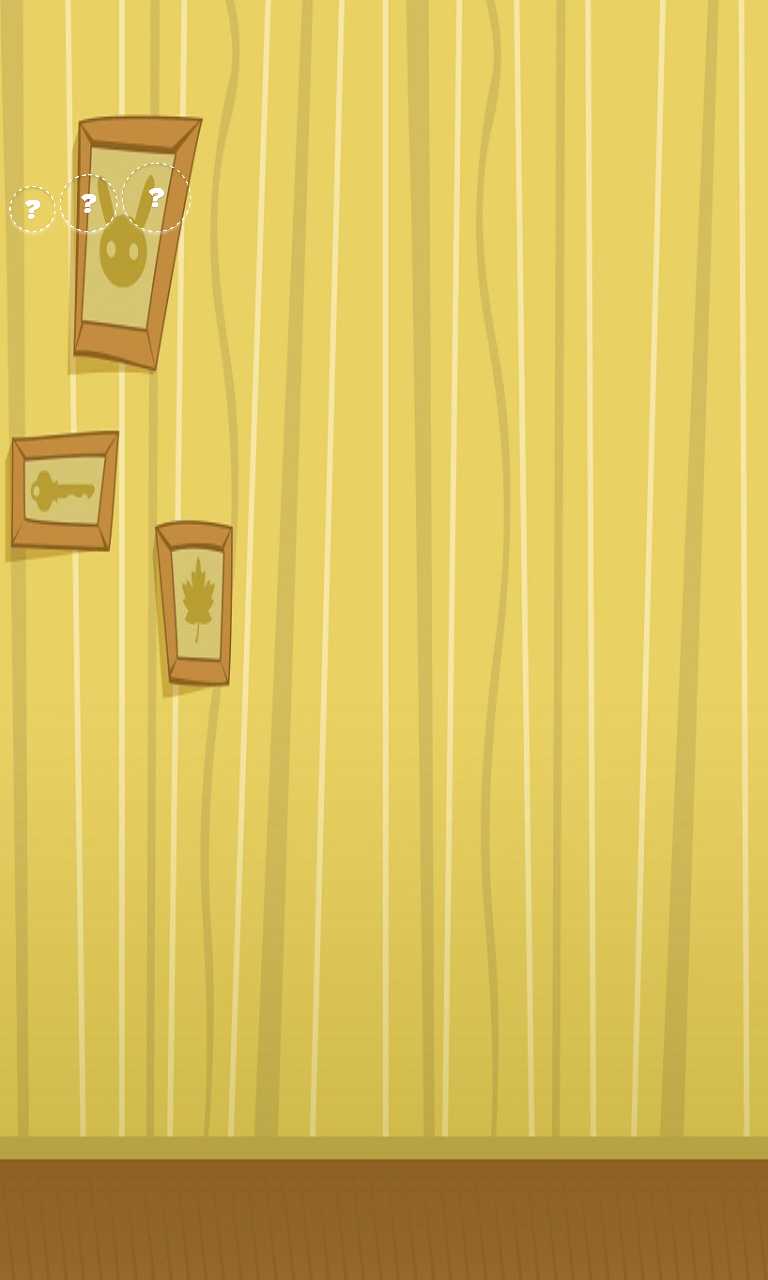
Repository: DimaPetrov/android
Layout: newapp/res/layout/puzzleback.xml
These files come from the project's save history. The layout is drawn as it stood at one moment and after the next save; the edit follows.
It is drawn on a 768 x 1280 px phone screen (xhdpi) without system bars, with theme AppTheme; the app's code is not run.

Above is the layout before, as saved 2012-10-24 08:29:14.

### newapp/res/layout/puzzleback.xml
<RelativeLayout xmlns:android="http://schemas.android.com/apk/res/android"
    xmlns:tools="http://schemas.android.com/tools"
    android:id="@+id/Rlay2"
    android:layout_width="match_parent"
    android:layout_height="match_parent" >

    <RelativeLayout
        android:layout_width="match_parent"
        android:layout_height="match_parent"
        android:layout_centerHorizontal="true"
        android:layout_centerVertical="true"
        android:background="@drawable/bg_games3" >

    </RelativeLayout>
    <ImageView
        android:id="@+id/imageView1"
        android:layout_width="100dp"
        android:layout_height="200dp"
        android:layout_alignParentLeft="true"
        android:src="@drawable/p_games_sortslots" />

</RelativeLayout>

Loaded but not shown: newapp/res/values-v11/styles.xml (common file); newapp/res/values-v14/styles.xml (common file); newapp/res/values/styles.xml (common file)

After the next save:
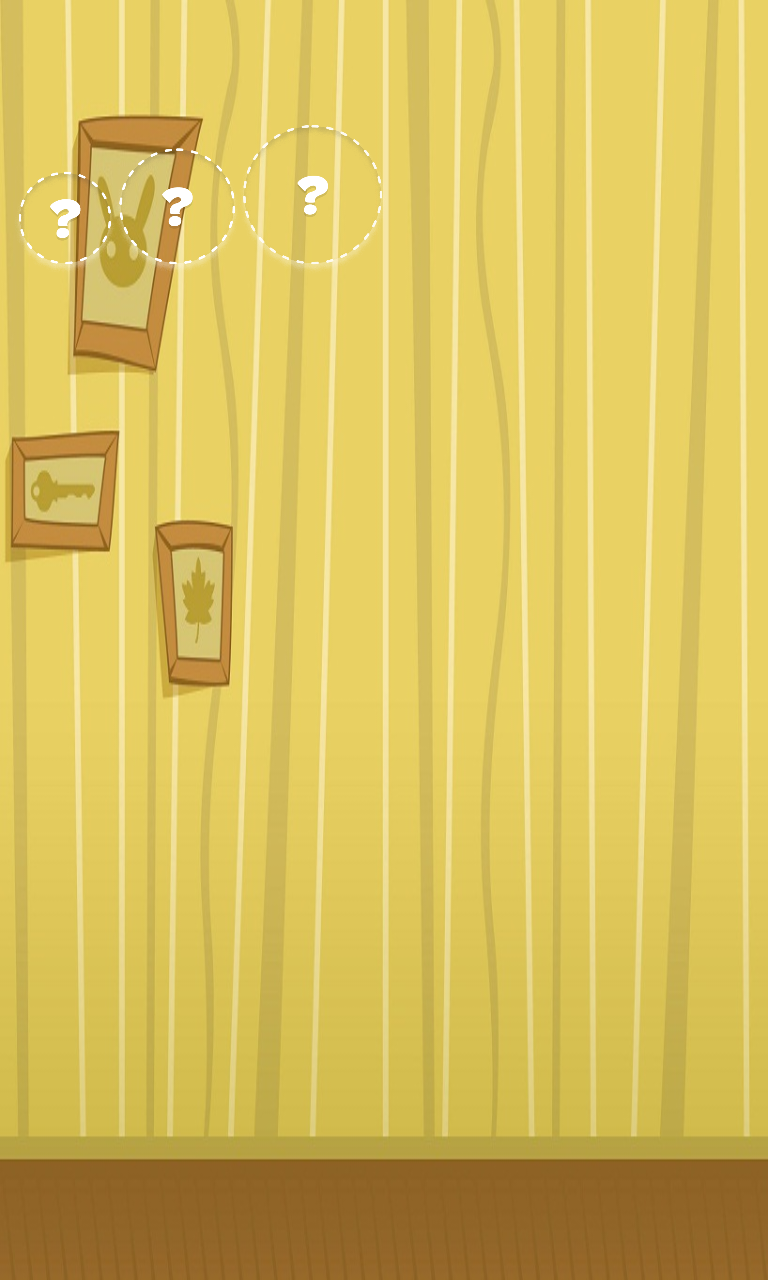
Saved 10 s later.
--- a/newapp/res/layout/puzzleback.xml
+++ b/newapp/res/layout/puzzleback.xml
@@ -14,7 +14,7 @@
     </RelativeLayout>
     <ImageView
         android:id="@+id/imageView1"
-        android:layout_width="100dp"
+        android:layout_width="200dp"
         android:layout_height="200dp"
         android:layout_alignParentLeft="true"
         android:src="@drawable/p_games_sortslots" />
